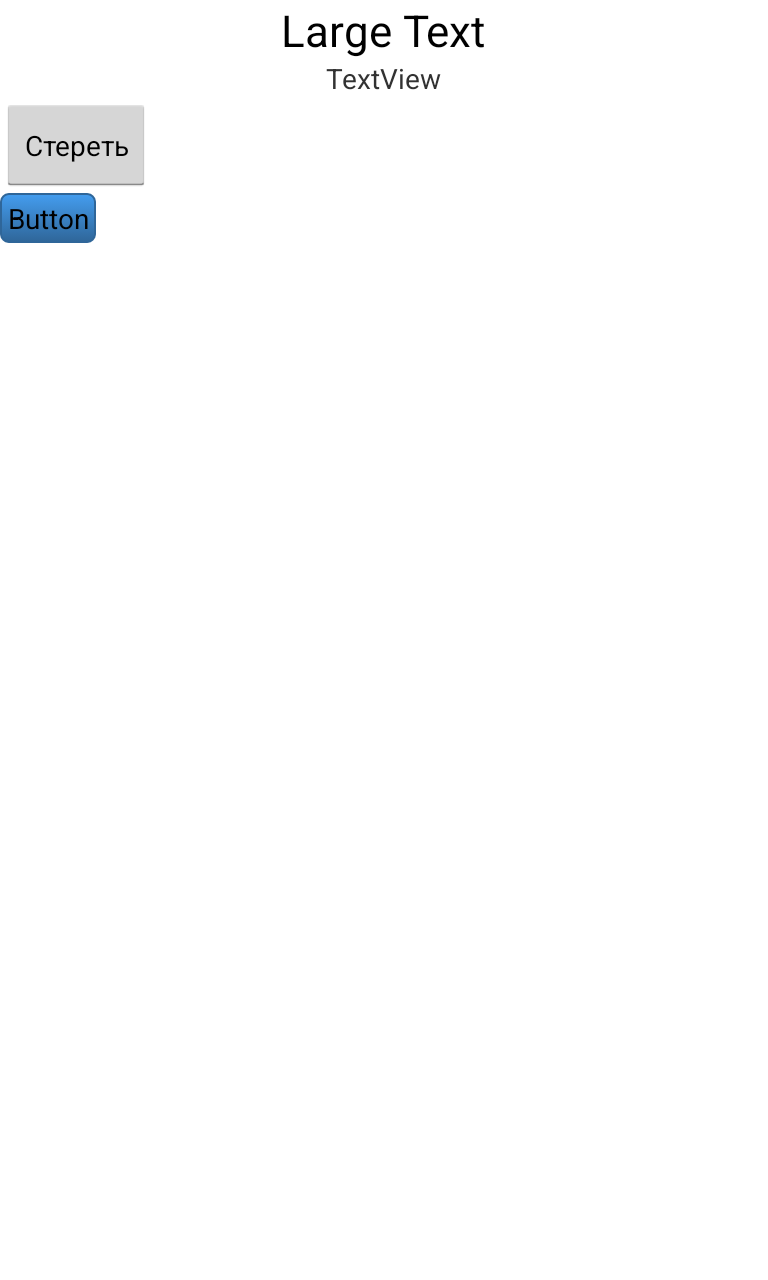
Repository: pcombi/android_dev
Layout: EnglishGrammar/res/layout/tests.xml
These files come from the project's save history. The layout is drawn as it stood at one moment and after the next save; the edit follows.
It is drawn on a 768 x 1280 px phone screen (xhdpi) without system bars, with theme AppTheme; the app's code is not run.

Above is the layout before, as saved 2012-12-29 03:46:45.

After the next save:
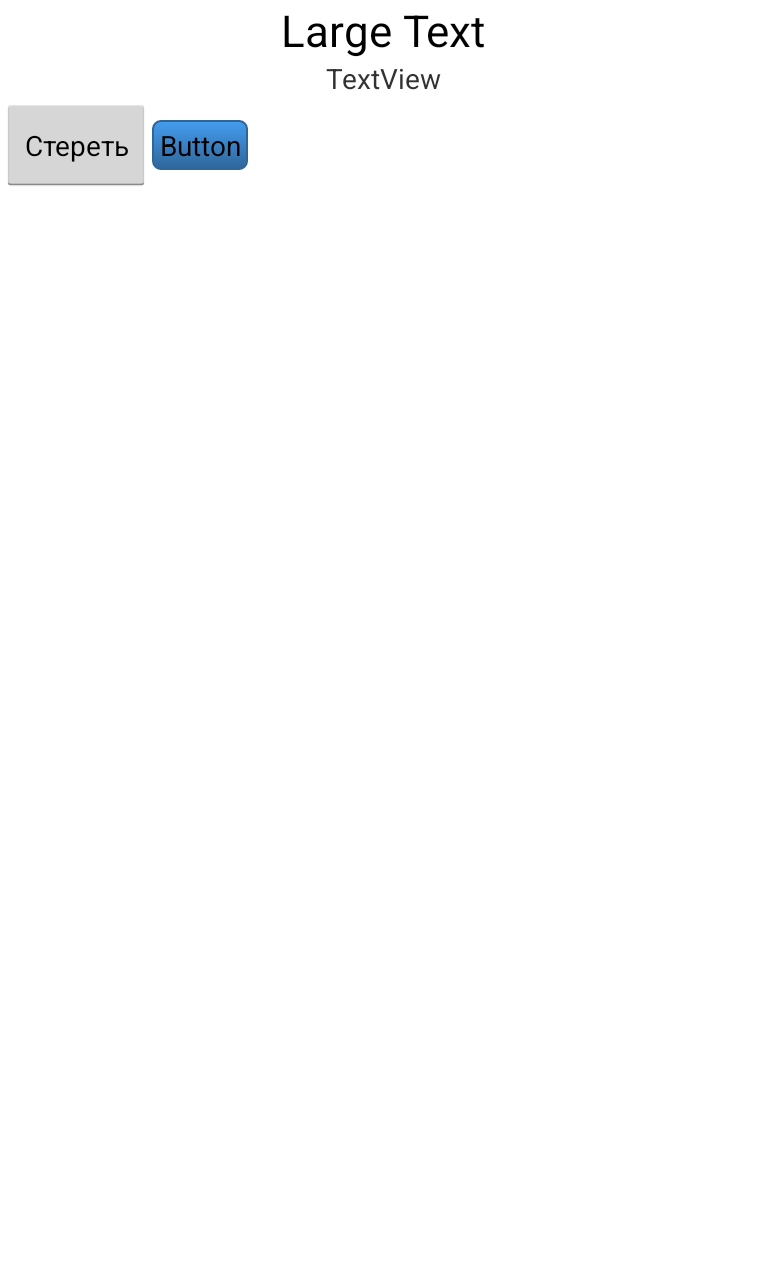
Saved 3 min 12 s later.
--- a/EnglishGrammar/res/layout/tests.xml
+++ b/EnglishGrammar/res/layout/tests.xml
@@ -33,20 +33,27 @@
         </LinearLayout>
     </LinearLayout>
 
-    <Button
-        android:id="@+id/bErase"
-        style="?android:attr/buttonStyleSmall"
+    <LinearLayout
+        android:id="@+id/buttonOptions1"
         android:layout_width="wrap_content"
         android:layout_height="wrap_content"
-        android:text="@string/erase" />
+        android:orientation="horizontal" >
 
-    <Button
-        android:id="@+id/button1"
-        style="?android:attr/buttonStyleSmall"
-        android:layout_width="wrap_content"
-        android:layout_height="25dp"
-        android:background="@drawable/btn_blue"
-        android:text="Button" />
+        <Button
+            android:id="@+id/bErase"
+            style="?android:attr/buttonStyleSmall"
+            android:layout_width="wrap_content"
+            android:layout_height="wrap_content"
+            android:text="@string/erase" />
+
+        <Button
+            android:id="@+id/button1"
+            style="?android:attr/buttonStyleSmall"
+            android:layout_width="wrap_content"
+            android:layout_height="25dp"
+            android:background="@drawable/btn_blue"
+            android:text="Button" />
+    </LinearLayout>
 
     <LinearLayout
         android:id="@+id/buttonOptions1"

After the save that followed:
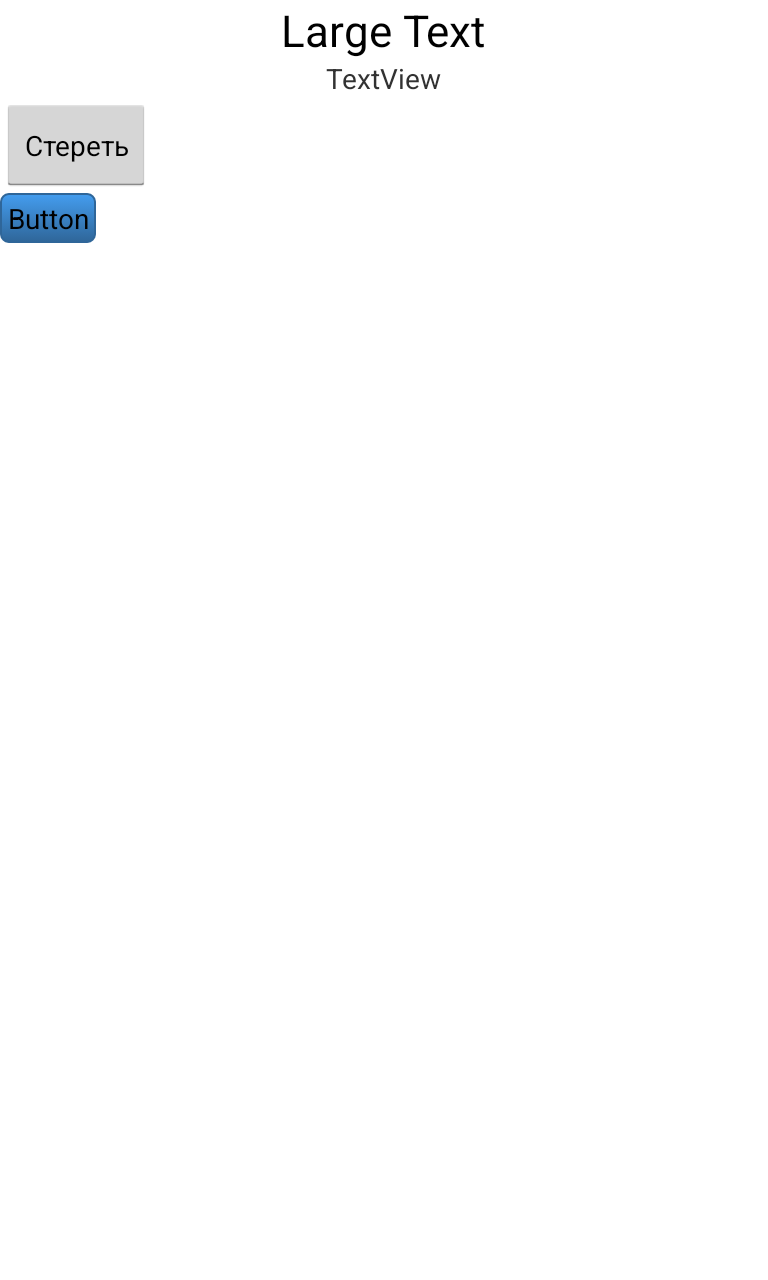
Saved 2 min 1 s later.
--- a/EnglishGrammar/res/layout/tests.xml
+++ b/EnglishGrammar/res/layout/tests.xml
@@ -33,27 +33,20 @@
         </LinearLayout>
     </LinearLayout>
 
-    <LinearLayout
-        android:id="@+id/buttonOptions1"
+    <Button
+        android:id="@+id/bErase"
+        style="?android:attr/buttonStyleSmall"
         android:layout_width="wrap_content"
         android:layout_height="wrap_content"
-        android:orientation="horizontal" >
+        android:text="@string/erase" />
 
-        <Button
-            android:id="@+id/bErase"
-            style="?android:attr/buttonStyleSmall"
-            android:layout_width="wrap_content"
-            android:layout_height="wrap_content"
-            android:text="@string/erase" />
-
-        <Button
-            android:id="@+id/button1"
-            style="?android:attr/buttonStyleSmall"
-            android:layout_width="wrap_content"
-            android:layout_height="25dp"
-            android:background="@drawable/btn_blue"
-            android:text="Button" />
-    </LinearLayout>
+    <Button
+        android:id="@+id/button1"
+        style="?android:attr/buttonStyleSmall"
+        android:layout_width="wrap_content"
+        android:layout_height="25dp"
+        android:background="@drawable/btn_blue"
+        android:text="Button" />
 
     <LinearLayout
         android:id="@+id/buttonOptions1"
